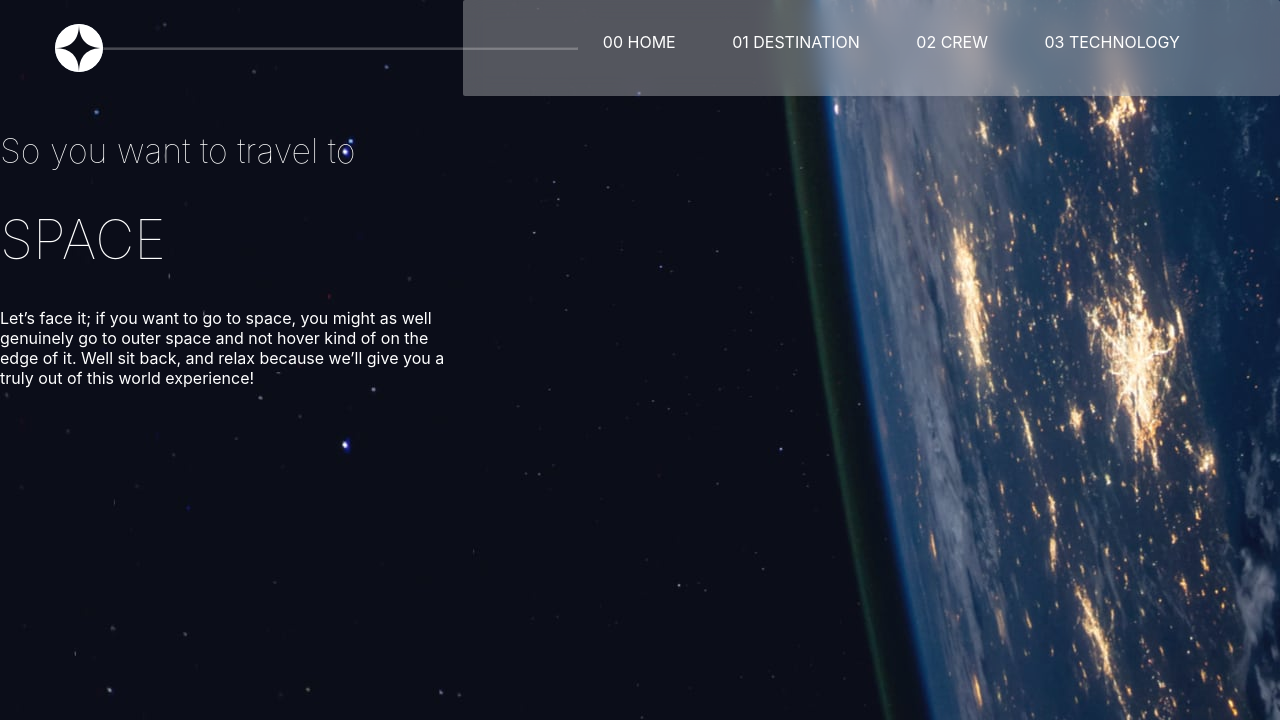
Repository: jhonenmanuel1/FrontEndMentor-MultiPageSpace
Page: /
These files come from the project's save history. The page is drawn as it stood at one moment and after the next save; the edit follows.
The browser window is 1280 px wide. The pictures show the whole page.
The project was rebuilt for these pictures with package versions that can differ from the ones it lists, and the page was loaded fresh each time.

Above is the page before, as saved 2022-06-21 16:34:38.

### src/App.js
import './App.css';
import HeaderView from './components/header';
import HomeView from './views/home';


function App() {
  return (
    <div className="App">
      <HeaderView/>
      <HomeView/>

    </div>
  );
}

export default App;

### src/App.css
body{
    background-image: url("../src/components/Images/home/background-home-desktop.jpg");
    background-color: #cccccc;


}

### src/components/header.js
import styles from "../styles/header.module.css"

const HeaderView = ()=>{

    return(
        <div className={styles.wraper}>
            <div className={styles.headerLogo}>
            <svg xmlns="http://www.w3.org/2000/svg" width="48" height="48"><g fill="none" fill-rule="evenodd"><circle cx="24" cy="24" r="24" fill="#FFF"/><path fill="#0B0D17" d="M24 0c0 16-8 24-24 24 15.718.114 23.718 8.114 24 24 0-16 8-24 24-24-16 0-24-8-24-24z"/></g></svg>
            </div>
            <div className={styles.headerLine}>
                <hr />
            </div>
            <div className={styles.headerMenu}>
                 <ul>
                    <li> 00 HOME</li>
                    <li> 01 DESTINATION </li>
                    <li> 02 CREW </li>
                    <li className={styles.lastList}> 03 TECHNOLOGY</li>

                </ul>
            </div>

        </div>
    )
}
export default HeaderView;

### src/views/home.js
import React from "react";
import styles from "../styles/homeview.module.css"

export default function HomeView(){
    return<>
        <div className={styles.homeSpaceTarget}>
            <div>
                <h3 className={styles.homeSpaceTargeth3}>So you want to travel to</h3>
                <h1 className={styles.homeSpaceTargeth1}>SPACE </h1>
                <p>Let’s face it; if you want to go to space, you might as well genuinely go to outer space and not hover kind of on the edge of it. Well sit back, and relax because we’ll give you a truly out of this world experience!</p>
            </div>
        </div>
    </>
}

### src/styles/header.module.css
.wraper {
    display: flex;
    justify-content: space-between;


    background-position: center center;
    background-repeat: no-repeat;
    background-size: cover


}
.headerLogo{
    display: flex;
    justify-content: center;
    align-items: center;


}
.headerLogo svg {
    background-color: aliceblue;
    border-radius: 100%;
    height: 48px;
    width: 48px;
    margin-left: 55px;
}

.headerMenu{
    background-color: rgba(255, 255, 255, 0.3);
    border-radius: 2px;
    text-align: center;
    backdrop-filter: blur(12px);
    -webkit-backdrop-filter: blur(10px);
    width: 830px;
    height: 96px;



}

.headerMenu ul {
    display: flex;
    justify-content:  space-between;
    align-items: center;
    padding-right: 100px;
    margin-left: 100px;
    margin-top: 32px;
    color: white;


}
.headerMenu ul li {
    text-decoration: none;
    list-style: none;

}

.headerLogo{
    color: white;

}
.headerLine {
    display: flex;
    justify-content: center;
    align-items: center;
    margin-right: -9%;
    z-index: 1;

}
.headerLine hr {
    height: 1px;
    background-color: white;
    color: white;
    width: 473px;
    opacity:  25.15%;

}

### src/styles/homeview.module.css
body{
    color: white;
}
.homeSpaceTarget{
    max-width: 461.76px;
    display: flex;
    justify-content: center;
    align-items: center;
}

.homeSpaceTargeth3 {
    font-weight: 1;
    font-size: 34px;
}
.homeSpaceTargeth1{
    font-weight: 1;
    font-size: 54px;
}

Loaded but not shown: public/index.html (common file); src/index.js (common file); src/index.css (common file); src/reportWebVitals.js (common file)

After the next save:
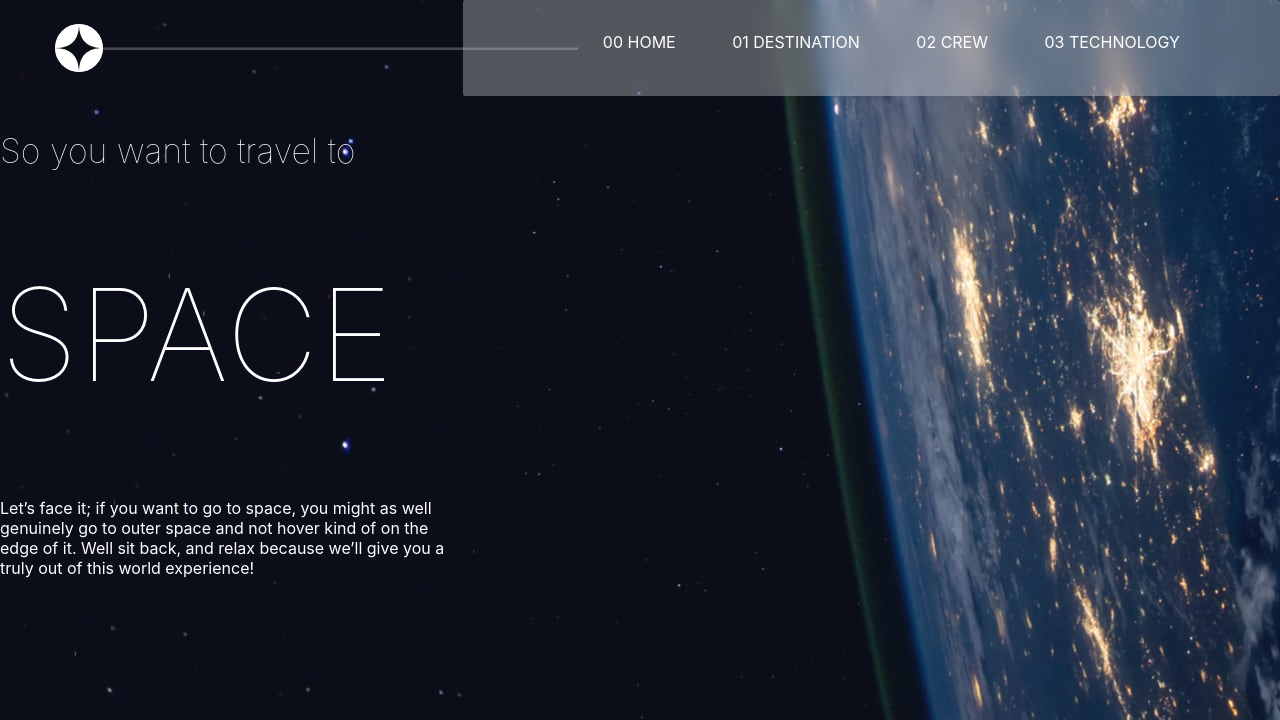
Saved 35 s later.
--- a/src/styles/homeview.module.css
+++ b/src/styles/homeview.module.css
@@ -14,5 +14,5 @@ body{
 }
 .homeSpaceTargeth1{
     font-weight: 1;
-    font-size: 54px;
+    font-size: 128px;
 }
